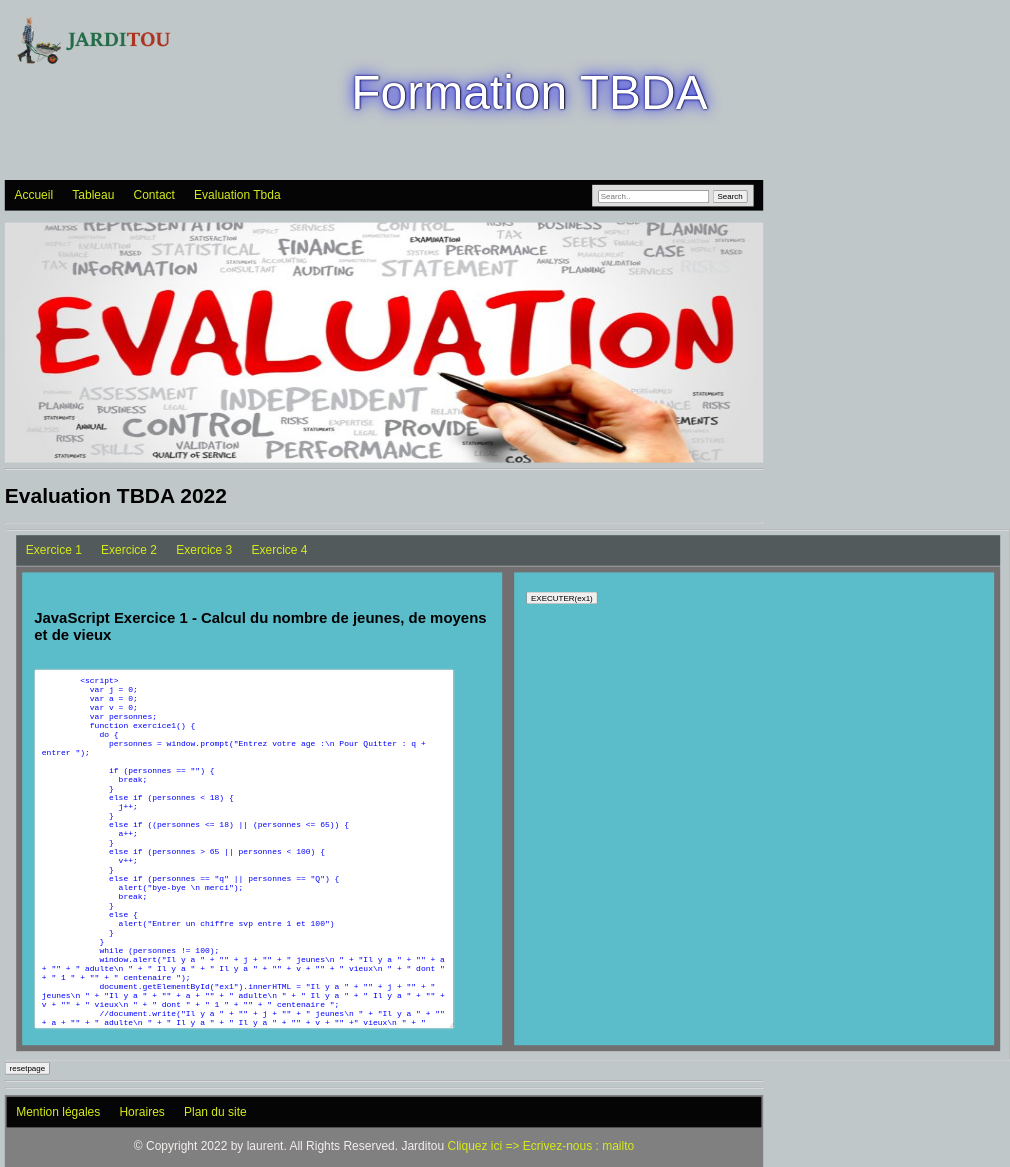
Repository: laurentbul/jarditou
Page: javascript/EvaluationTbda/eval_ex1.html
The author's editor kept a copy of each file at every save. The page is drawn from the files as they stood at one save, then again after the next save.
The browser window is 1280 px wide. The page is 1684 px wide, so the pictures cover 1684 px, including what lies to the right of the window. The pictures show the whole page, at 60% of full size.
An inner scrolling area shows only its first screen.

Above is the page before, as saved 2022-12-15 04:31:19.

### javascript/EvaluationTbda/eval_ex1.html
<!DOCTYPE html>
<html lang="fr">

<head>
  <meta charset="UTF-8">
  <meta http-equiv="X-UA-Compatible" content="IE=edge">
  <meta name="viewport" content="width=device-width, initial-scale=1.0">
  <title>cours exercices HTML</title>
  <link rel="stylesheet" href="../assets/css/style.css" />

  <style>
    .flex-container2 {
      display: flex;
      background-color: rgb(114, 111, 113);
       justify-content: center;
    }

    .flex-container2>div {
      background-color: #5cbdca;
      margin: 10px;
      padding: 20px;
      font-size: 30px;
      width: 800px;
    }
  </style>
</head>

<body>
  <div class="flex-container">
    <div class="logo"><img src="../assets/img/jarditou_logo.png" alt="jarditou logo" title="jarditou logo"
        height="80" />
    </div>
    <div>
      <p class="slogan">Formation TBDA </p>
    </div>
  </div>
  <nav>
    <ul>
      <li><a href="../index.html">Accueil</a></li>
      <li><a href="../table.html">Tableau</a></li>
      <li><a href="../contact.html">Contact</a></li>
      <li><a href="../EvaluationTbda/evaluation_tbda.html">Evaluation Tbda</a></li>
      <li class="search-container">
        <div>
          <form action="/action_page.php">
            <input type="text" class="searchinput" placeholder="Search.." name="search" />
            <button type="submit">Search</button>
          </form>
        </div>
      </li>
    </ul>
  </nav>

  <img src="../assets/img/evaluation2.jpg" width="500" height="400" alt="qu'est ce que html" class="imgpromotion"
    title="promotion jarditou" />
  <hr />
  <h1>Evaluation TBDA 2022</h1>
  <hr>
  <fieldset>
    <nav style="padding:1px 0; font-size:20px;">
      <ul style="background-color: #525a5b;">
        <li><a href="eval_ex1.html">Exercice 1 </a></li>
        <li><a href="eval_ex2.html">Exercice 2 </a></li>
        <li><a href="eval_ex3.html">Exercice 3</a></li>
        <li><a href="eval_ex4.html">Exercice 4</a></li>
        </li>
      </ul>
    </nav>
    <div class="flex-container2">
      <div id="code">
        <h5>JavaScript Exercice 1 - Calcul du nombre de jeunes, de moyens et de vieux</h5>
        <textarea style="height: 600px;width: 700px; color: blue;">
        <script>
          var j = 0;
          var a = 0;
          var v = 0;
          var personnes;
          function exercice1() {
            do {
              personnes = window.prompt("Entrez votre age :\n Pour Quitter : q + entrer ");

              if (personnes == "") {
                break;
              }
              else if (personnes < 18) {
                j++;
              }
              else if ((personnes <= 18) || (personnes <= 65)) {
                a++;
              }
              else if (personnes > 65 || personnes < 100) {
                v++;
              }
              else if (personnes == "q" || personnes == "Q") {
                alert("bye-bye \n merci");
                break;
              }
              else {
                alert("Entrer un chiffre svp entre 1 et 100")
              }
            }
            while (personnes != 100);
            window.alert("Il y a " + "" + j + "" + " jeunes\n " + "Il y a " + "" + a + "" + " adulte\n " + " Il y a " + " Il y a " + "" + v + "" + " vieux\n " + " dont " + " 1 " + "" + " centenaire ");
            document.getElementById("ex1").innerHTML = "Il y a " + "" + j + "" + " jeunes\n " + "Il y a " + "" + a + "" + " adulte\n " + " Il y a " + " Il y a " + "" + v + "" + " vieux\n " + " dont " + " 1 " + "" + " centenaire ";
            //document.write("Il y a " + "" + j + "" + " jeunes\n " + "Il y a " + "" + a + "" + " adulte\n " + " Il y a " + " Il y a " + "" + v + "" +" vieux\n " + " dont "+ " 1 " + "" + " centenaire ");
          }
          function myFunction() {
            location.reload();
          }
          function reset() {
            document.getElementById("myForm").reset();
          }
        </script>
    </textarea>

      </div>

      <div id="ex1">

        <div><input type="button" onclick="exercice1()" value="EXECUTER(ex1)">

        </div>

  </fieldset>


  <input type="button" onclick="myFunction()" value="resetpage"></div>
  </div>
  <hr>
  <script>
    var j = 0;
    var a = 0;
    var v = 0;
    var personnes;
    function exercice1() {
      do {
        personnes = window.prompt("Entrez votre age :\n Pour Quitter : q + entrer ");

        if (personnes == "") {
          break;
        }
        else if (personnes < 18) {
          j++;
        }
        else if ((personnes <= 18) || (personnes <= 65)) {
          a++;
        }
        else if (personnes > 65 || personnes < 100) {
          v++;
        }
        else if (personnes == "q" || personnes == "Q") {
          alert("bye-bye \n merci");
          break;
        }
        else {
          alert("Entrer un chiffre svp entre 1 et 100")
        }
      }
      while (personnes != 100);
      window.alert("Il y a " + "" + j + "" + " jeunes\n " + "Il y a " + "" + a + "" + " adulte\n " + " Il y a " + " Il y a " + "" + v + "" + " vieux\n " + " dont " + " 1 " + "" + " centenaire ");
      document.getElementById("ex1").innerHTML = "Il y a " + "" + j + "" + " jeunes\n " + "Il y a " + "" + a + "" + " adulte\n " + " Il y a " + " Il y a " + "" + v + "" + " vieux\n " + " dont " + " 1 " + "" + " centenaire ";
      //document.write("Il y a " + "" + j + "" + " jeunes\n " + "Il y a " + "" + a + "" + " adulte\n " + " Il y a " + " Il y a " + "" + v + "" +" vieux\n " + " dont "+ " 1 " + "" + " centenaire ");
    }
    function myFunction() {
      location.reload();
    }
    function reset() {
      document.getElementById("myForm").reset();
    }
  </script>

  <hr>
  <footer>
    <nav>
      <ul>
        <li><a href="mentionlegale.html">Mention légales</a></li>
        <li><a href="horaire.html">Horaires</a></li>
        <li><a href="plandusite.html">Plan du site</a></li>
      </ul>
    </nav>
    <p style="color: rgb(244, 238, 238);">
      &copy; Copyright 2022 by laurent. All Rights Reserved. Jarditou
      <a href="mailto:dave.loper@afpa.fr" title="Nous contacter">
        Cliquez ici => Ecrivez-nous : mailto
      </a>
    </p>
  </footer>
</body>

</html>

### javascript/assets/css/style.css
body {
  font-family: Arial, Helvetica, sans-serif;
  padding: 0px;
  background-color: rgb(192, 199, 201);
  font-size: 20px;
  height: 1500px;
}
h1{font-size: 35px;
}
h2{font-size: 20px;
}
.flex-container {
  display: flex;
}

.flex-container>div {
  padding: 20px;
}

.jarditou_logo {
  height: 80px;
}

.slogan {
  color: white;
  text-shadow: 1px 1px 2px black, 0 0 25px blue, 0 0 5px darkblue;
  font-size: 40px;
  margin-left: 250px;
  font-size: 80px;
}

ul {
  list-style-type: none;
  margin: 0;
  padding: 0;
  overflow: hidden;
  background-color: rgb(5, 5, 5);
}

li {
  float: left;
}

li a {
  display: block;
  color: white;
  text-align: center;
  padding: 14px 16px;
  text-decoration: none;
}

li a:hover:not(.active) {
  background-color: rgb(240, 10, 10);
}

.active {
  background-color: #4caf50;
}

a:link {
  color: rgb(214, 235, 28);
  background-color: transparent;
  text-decoration: none;
}

ul.a {

  background-color: rgb(179, 167, 167);

  color:rgb(42, 226, 211);

}


aside {
  width: 30%;
  height: 25%px;
  padding-left: 15px;
  float: right;
  font-style: italic;
  background-color: lightgray;
  margin-right: 60px;
  /*display:none */ /*===========correction =======================*/
}



.imgpromotion {
  display: block;
  margin-top: 20px;
  margin-left: auto;
  margin-right: auto;
  width: 100%;
}


footer {
  text-align: center;
  padding: 3px;
  background-color: gray;
  color: white;
}


.search-container {
  float: right;
  padding: 6px 10px;
  margin-top: 8px;
  margin-right: 16px;
  background: #ddd;
  font-size: 20px;
  border: none;
  cursor: pointer;
}


* {
  box-sizing: border-box;
}

input[type=text]:not(.searchinput),
select,
textarea {
  width: 100%;
  padding: 12px;
  border: 1px solid #ccc;
  border-radius: 4px;
  resize: vertical;
}



input[type=submit] {
  display: block;
  margin: 0px;
  width: 100%;
  padding: 12px;
  background-color: rgb(211, 211, 212);
}


input[type=submit]:hover {
  background-color: #d6c82f;
}

.container {
  border-radius: 5px;
  background-color: #af1818;
  padding: 20px;
}

#pays {
  font-size: 20px;
}

#birthday {
  font-size: 20px;
}

table {
  margin-bottom: 50px;
  margin-left: 100px;
}


th,
td {
  border: 1px solid black;
  border-collapse: collapse;
  margin-left: 100px;
  margin-bottom: 10px;
  background-color: #3f3324;
}

th {
  background-color: gray;
}

tr {
  color: azure;
}

table {
  width: 50%;
}

.btncontact {
  height: 45px;
  width: 200px;
  background-color: hsl(127, 4%, 46%);
  font-size: 20px;
  margin-left: 100px;
}

.btncontact:hover {
  background-color: #6ab0d8;
  color: white;
}

/* Responsive layout - when the screen is less than 768px wide, make the two columns stack on top of each other instead of next to each other */
@media screen and (max-width: 768px) {

  body {

    background-color: lavender;
    font-size: 14px;
  }


  .flex-container {
    display: flex;
  }

  .flex-container>div {
    padding: 0px;

  }

  .jarditou_logo {
    height: 80px;
  }

  .slogan {
    color: white;
    text-shadow: 1px 1px 2px black, 0 0 25px blue, 0 0 5px darkblue;
    margin-left: 0px;
    font-size: 40px;
  }

  ul {
    list-style-type: none;
    background-color: #367791;
    width: 768px;
  }

  li {
    background-color: rgb(10, 10, 10);
    display: flex;
    justify-content: center;
    width: 768px;
  }

  li a:hover:not(.active) {
    background-color: rgb(240, 10, 10);
  }

  aside{
    visibility: hidden;
}


}

.error{
  color: rgb(197, 22, 22);
}

After the next save:
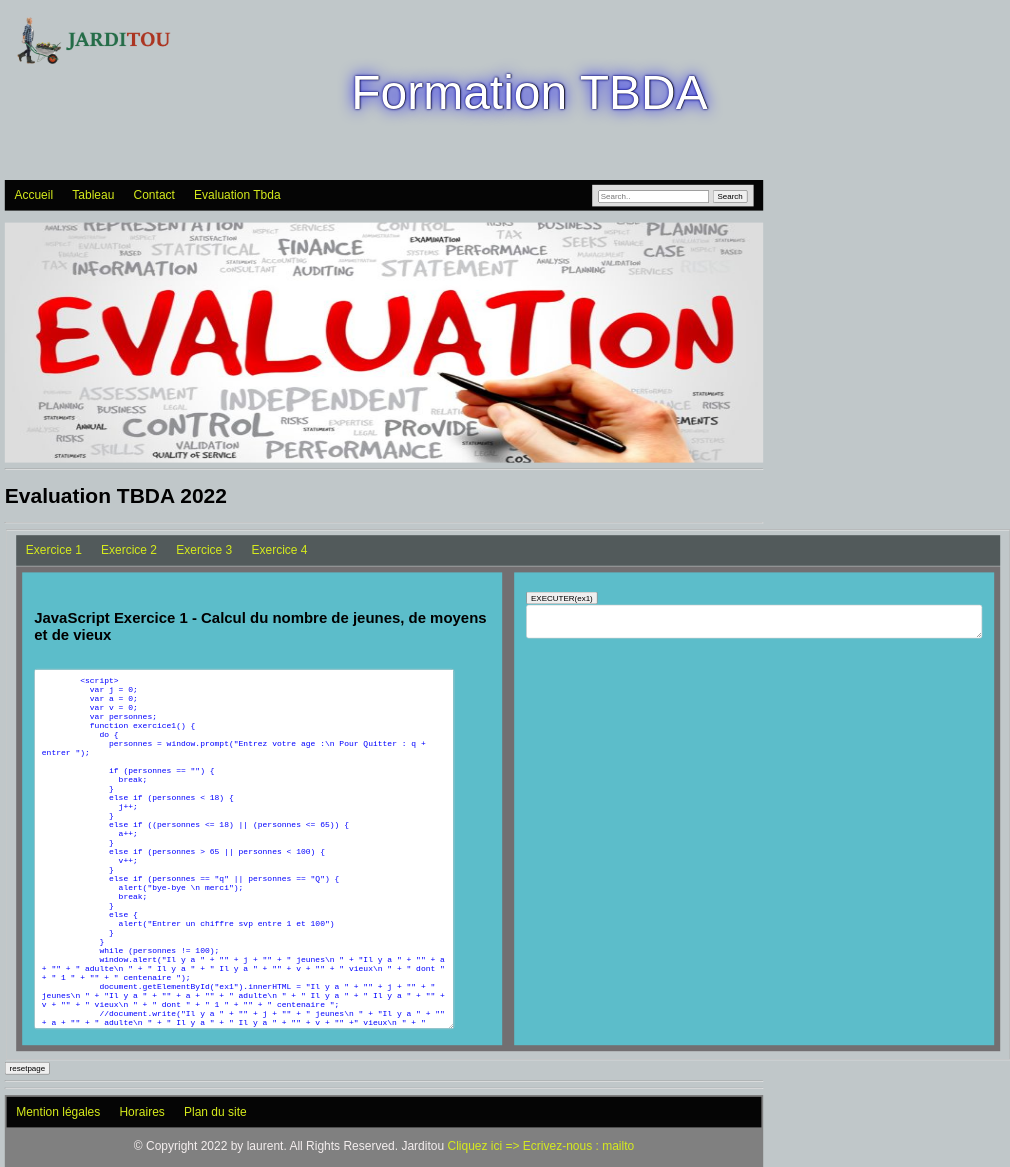
Saved 2 min 45 s later.
--- a/javascript/EvaluationTbda/eval_ex1.html
+++ b/javascript/EvaluationTbda/eval_ex1.html
@@ -115,9 +115,11 @@
 
       </div>
 
-      <div id="ex1">
+      <div >
 
         <div><input type="button" onclick="exercice1()" value="EXECUTER(ex1)">
+        <textarea id="ex1"></textarea>
+
 
         </div>
 
